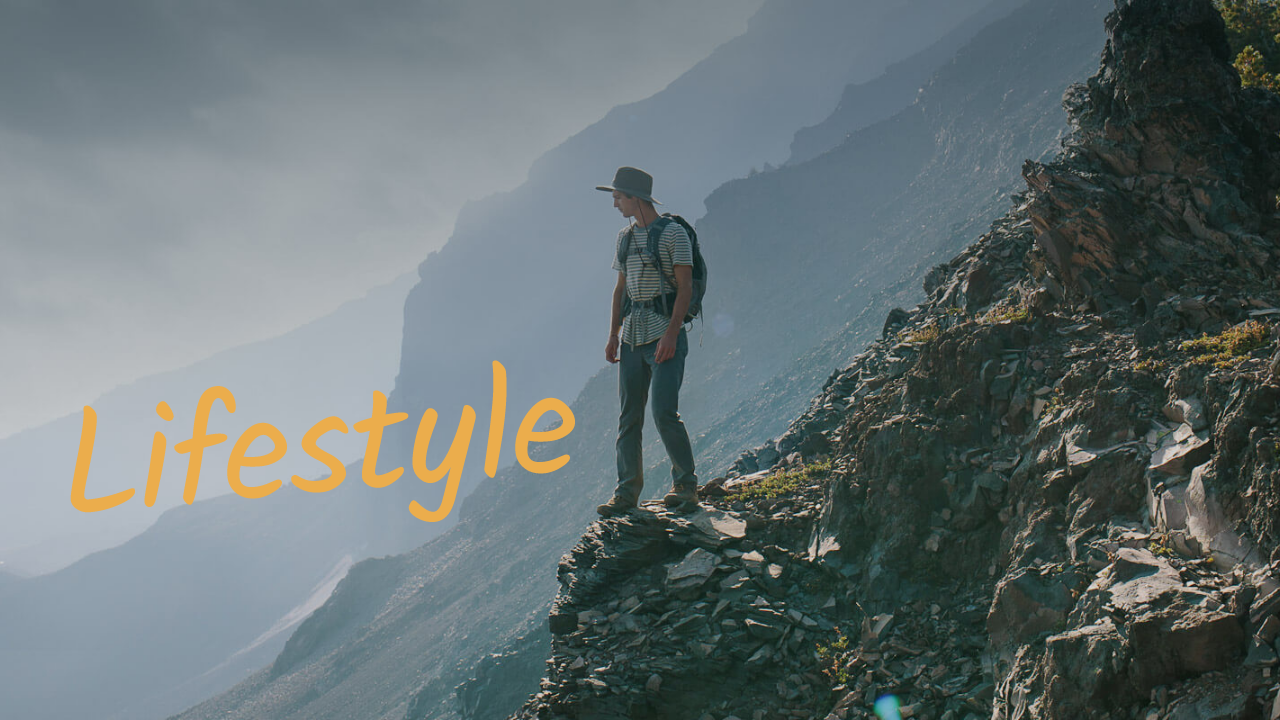
Repository: MalgorzataMazur/BeLife
Page: index.html
These files come from the project's save history. The page is drawn as it stood at one moment and after the next save; the edit follows.
The browser window is 1280 px wide. The pictures show the whole page.

Above is the page before, as saved 2019-10-29 19:39:48.

### index.html
<!DOCTYPE html>
<html lang="en-US">
<head>
    <link rel="stylesheet" href="vendors/css/normalize.css">
    <link rel="stylesheet" href="vendors/css/grid.css">
    <link rel="stylesheet" type="text/css" href="resources/css/style.css">
    <link href="https://fonts.googleapis.com/css?family=Lora:400,400i,700,700i&display=swap" rel="stylesheet">
    <title>BeLifestyle</title>
    <meta charset="UTF-8">
    <meta name="viewport" content="width=device-width, initial-scale=1.0">
    <meta http-equiv="X-UA-Compatible" content="ie=edge">
    <title>Document</title>
</head>
<body>
    <header>
        <div class="hero-logo-box">
            <h1><img src="resources/css/img/home_lifestyle_slogan.png"></h1>
        </div>

    </header>



</body>
</html>

### resources/css/style.css
* {
    margin: 0;
    padding: 0;
    box-sizing: border-box;
}

html {
    color: #9d9fa0;
    font-family: "Lora", Arial, Tahoma, sans-serif;
    font-weight: 400;
    font-size: 13px;
    text-rendering: optimizeLegibility;
}

.row {
    max-width: 1140px;
    margin: 0 auto;
}
header {
    background-image:  url(img/home_lifestyle_blog_sectionbg1.jpg);
    background-size: cover;
    background-position: center;
    height: 100vh;
}

.hero-logo-box {
    position: absolute;
    width: 1140px;
    left: 50%;
    top: 50%;
    right: 50%;
    bottom: 50%;
    transform: translate(-50%,-50%);

}

h1 {
    margin: 0;
}

Loaded but not shown: vendors/css/normalize.css (library); vendors/css/grid.css (library)

After the next save:
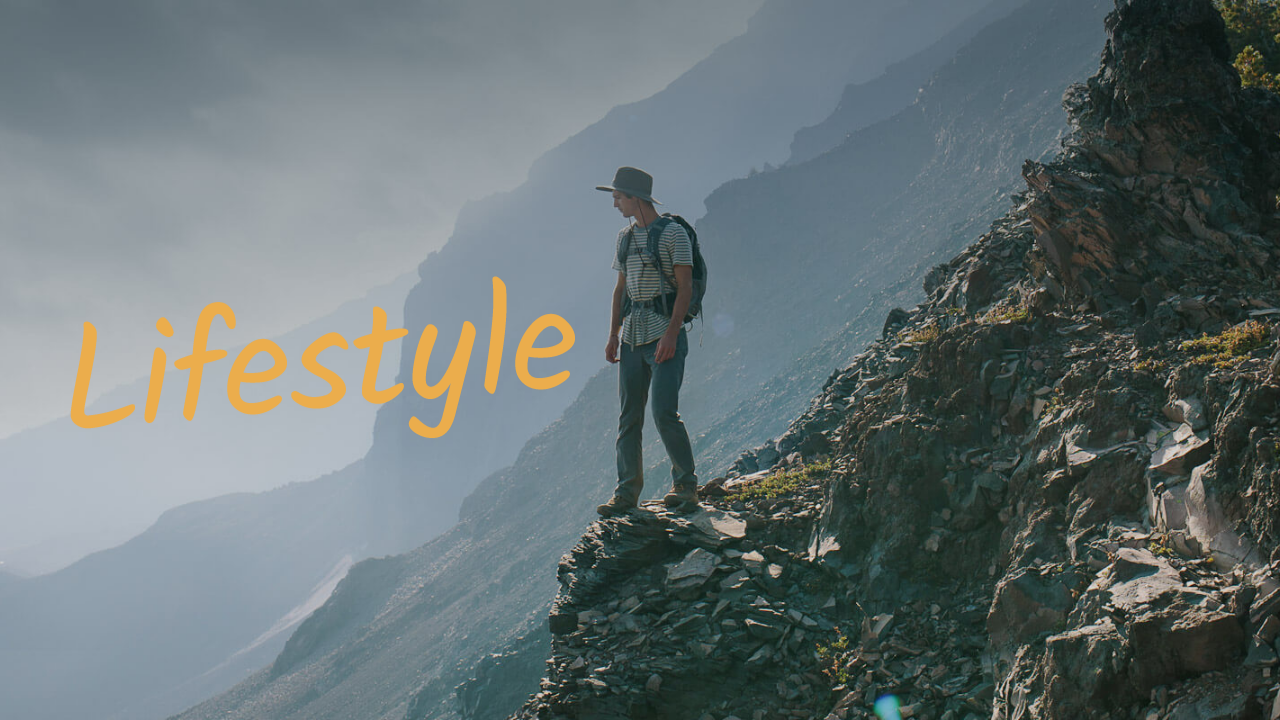
Saved 32 s later.
--- a/resources/css/style.css
+++ b/resources/css/style.css
@@ -29,7 +29,7 @@ header {
     left: 50%;
     top: 50%;
     right: 50%;
-    bottom: 50%;
+
     transform: translate(-50%,-50%);
 
 }
